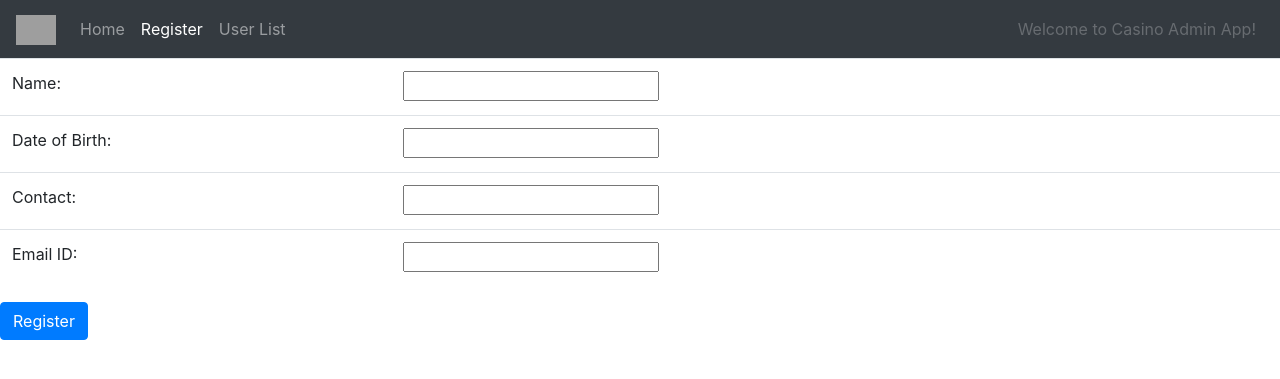
Repository: piyushrulesyou/CasinoGameApplication
Page: http://localhost/adminPanel/RegisterUser.jsp
These files come from the project's save history. The page is drawn as it stood at one moment and after the next save; the edit follows.
The browser window is 1280 px wide. The pictures show the whole page.
Pictures or frames that could not be fetched are drawn as grey boxes. The page is served by Tomcat 9. Nobody is signed in. The application's start-up code is not run. Other server files are loaded and not shown. The template is opened directly, without the code that normally fills it, so the values that code supplies are empty.

Above is the page before, as saved 2019-10-31 18:27:42.
Console error: TypeError: Cannot read properties of undefined (reading 'setDefaults')

### AdminPanel/adminPanel/src/main/webapp/RegisterUser.jsp
<%@ taglib uri="http://java.sun.com/jsp/jstl/core" prefix="c"%>

<%@taglib uri="http://www.springframework.org/tags/form" prefix="form"%>
<%@page contentType="text/html;charset = UTF-8" language="java"%>
<%@page isELIgnored="false"%>

<!DOCTYPE html>
<html>
<head>
<meta charset="ISO-8859-1">
<title>Register</title>
<meta charset="utf-8">

<meta name="viewport" content="width=device-width, initial-scale=1">

<link rel="stylesheet"
	href="https://maxcdn.bootstrapcdn.com/bootstrap/4.3.1/css/bootstrap.min.css">
<script
	src="https://ajax.googleapis.com/ajax/libs/jquery/3.4.1/jquery.min.js"></script>
<script
	src="https://cdnjs.cloudflare.com/ajax/libs/popper.js/1.14.7/umd/popper.min.js"></script>
<script
	src="https://maxcdn.bootstrapcdn.com/bootstrap/4.3.1/js/bootstrap.min.js"></script>

<script>
	$(function() {
		$("#datepicker").datepicker();
	});
	$.datepicker.setDefaults({
		changeMonth : "true",
		changeYear : "true",
		yearRange : "-72:+38",
		showButtonPanel : "true"
	});
</script>

</head>
<body>


	<nav class="navbar navbar-expand-sm bg-dark navbar-dark">
		<!-- 	<nav class="navbar navbar-expand-sm navbar-light bg-faded"> -->
		<a class="navbar-brand" href="index.jsp"> <img
			src="https://www.slotnite.com/images/sliders/livecasino/casino1.png"
			alt="logo" style="width: 40px;">
		</a>

		<!-- Links -->
		<ul class="navbar-nav mr-auto">
			<li class="nav-item"><a class="nav-link" href="index.jsp">Home</a></li>
			<li class="nav-item"><a class="nav-link active" href="">Register</a></li>
			<li class="nav-item"><a class="nav-link" href="showUsers">User
					List</a></li>
		</ul>
		<ul class="navbar-nav">
			<li class="nav-item"><span class="nav-link disabled">Welcome
					to Casino Admin App!</span></li>
		</ul>
	</nav>




	<c:if test="${statusMessage != null}">
		<div class="alert alert-danger">${statusMessage}</div>
	</c:if>

	<form:form action="registerUser" method="post">
		<div class="form-group">
			<table class="table">

				<tr>
					<!-- 					<td>Name:</td> -->
					<!-- 					<td><input type="text" id="customerName" name="customerName" -->
					<!-- 						placeholder="Enter name" value="sdfhs" required="required"></td> -->

					<td><form:label path="customerName">Name: </form:label></td>
					<td><form:input path="customerName" required="required" /></td>

				</tr>


				<tr>
					<!-- 					<td>Date of Birth:</td> -->
					<!-- 					<td><input type="date" name="dateOfBirth" id="dateOfBirth" -->
					<!-- 						placeholder="Enter DOB" required="required"></td> -->

					<td><form:label path="dateOfBirth">Date of Birth: </form:label></td>
					<td><form:input path="dateOfBirth" required="required"
							id="datepicker" autocomplete="off" /></td>

				</tr>

				<tr>
					<!-- 					<td>Contact:</td> -->
					<!-- 					<td><input type="number" name="contactNumber" -->
					<!-- 						id="contactNumber" placeholder="Enter Contact Number" value=897899 -->
					<!-- 						required="required"></td> -->
					<td><form:label path="contactNumber">Contact: </form:label></td>
					<td><form:input path="contactNumber" required="required" /></td>
				</tr>

				<tr>
					<!-- 					<td>Email ID:</td> -->
					<!-- 					<td><input type="email" id="emailID" name="emailID" -->
					<!-- 						placeholder="Enter email" value="sdfhs@gmail.com" -->
					<!-- 						required="required"></td> -->
					<td><form:label path="emailID">Email ID: </form:label></td>
					<td><form:input path="emailID" required="required" /></td>
				</tr>


				<!-- <tr>
					<td>Identity Proof:</td>
					<td><input type="file" id="idProof" name="idProof"
						accept="image/*" placeholder="ID Proof"></td>
				</tr> -->

			</table>

			<button type="submit" class="btn btn-primary mb-2">Register</button>
		</div>
	</form:form>




</body>
</html>

After the next save:
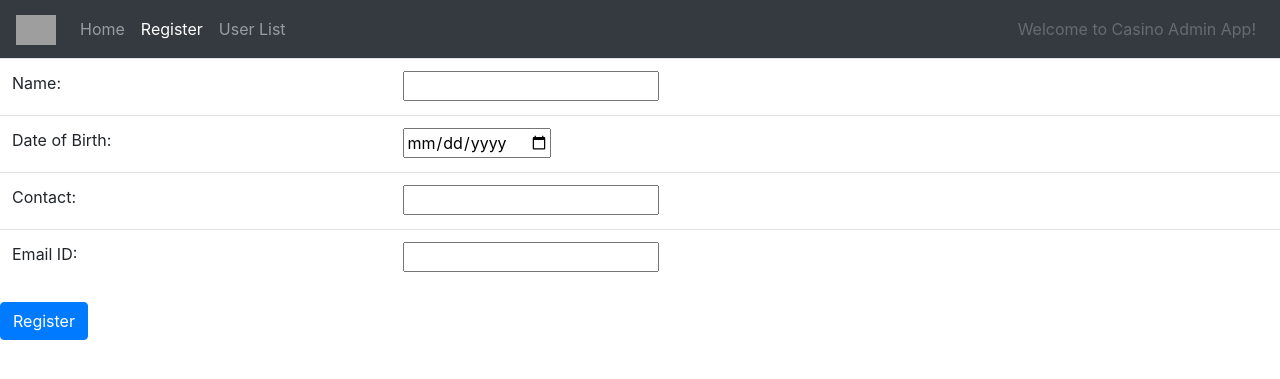
Saved 5 min 59 s later.
--- a/AdminPanel/adminPanel/src/main/webapp/RegisterUser.jsp
+++ b/AdminPanel/adminPanel/src/main/webapp/RegisterUser.jsp
@@ -86,7 +86,7 @@
 					<!-- 						placeholder="Enter DOB" required="required"></td> -->
 
 					<td><form:label path="dateOfBirth">Date of Birth: </form:label></td>
-					<td><form:input path="dateOfBirth" required="required"
+					<td><form:input type="date" path="dateOfBirth" required="required"
 							id="datepicker" autocomplete="off" /></td>
 
 				</tr>
